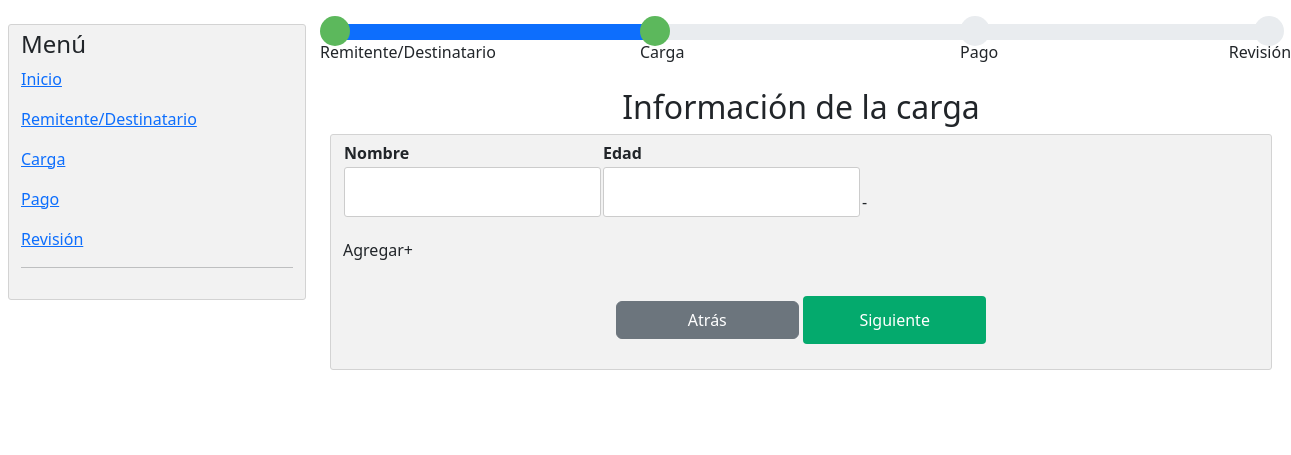
Repository: SennovaFluvial/Trasnfluvial
Page: appFluvial/templates/card1carga.html
An editor plug-in stored every save of this project. The page is shown before and after the next save, followed by the edit.
The browser window is 1280 px wide. The page is 1291 px wide, so the pictures cover 1291 px, including what lies to the right of the window. The pictures show the whole page.
The template is drawn by Django 3.2. The application's start-up code is not run. Other server files are loaded and not shown. The template is opened directly, without the code that normally fills it, so the values that code supplies are empty.

Above is the page before, as saved 2023-10-19 23:17:41.

### appFluvial/templates/card1carga.html
<!DOCTYPE html>
<html>
<head>
<meta name="viewport" content="width=device-width, initial-scale=1">
<!--link rel="stylesheet" href="https://cdnjs.cloudflare.com/ajax/libs/font-awesome/4.7.0/css/font-awesome.min.css"-->
<style>
body {
  font-family: Arial;
  font-size: 17px;
  padding: 8px;
}

* {
  box-sizing: border-box;
}

.row {
  display: -ms-flexbox; /* IE10 */
  display: flex;
  -ms-flex-wrap: wrap; /* IE10 */
  flex-wrap: wrap;
  margin: 0 -16px;
}

.col-25 {
  -ms-flex: 25%; /* IE10 */
  flex: 25%;
}

.col-50 {
  -ms-flex: 50%; /* IE10 */
  flex: 50%;
}

.col-75 {
  -ms-flex: 75%; /* IE10 */
  flex: 75%;
}

.col-25,
.col-50,
.col-75 {
  padding: 0 16px;
}

.container {
  background-color: #f2f2f2;
  padding: 5px 20px 15px 20px;
  border: 1px solid lightgrey;
  border-radius: 3px;
}

input[type=text], select {
  width: 100%;
  margin-bottom: 20px;
  padding: 12px;
  border: 1px solid #ccc;
  border-radius: 3px;
}

input[type=submit] {
  background-color: #04AA6D;
  color: white;
  padding: 12px 20px;
  border: none;
  border-radius: 4px;
  cursor: pointer;
}

input[type=submit]:hover {
  background-color: #45a049;
}

label {
  margin-bottom: 10px;
  display: block;
}

.icon-container {
  margin-bottom: 20px;
  padding: 7px 0;
  font-size: 24px;
}

.btn {
  background-color: #04AA6D;
  color: white;
  padding: 12px;
  margin: 10px 0;
  border: none;
  width: 20%;
  border-radius: 3px;
  cursor: pointer;
  font-size: 17px;
}

.btn:hover {
  background-color: #45a049;
}

a {
  color: #2196F3;
}

hr {
  border: 1px solid lightgrey;
}

span.price {
  float: right;
  color: grey;
}


@media (max-width: 800px) {
  .row {
    flex-direction: column-reverse;
  }
  .col-25 {
    margin-bottom: 20px;
  }
}

</style>
<style>
  .one, .two, .three, .four{
    position:absolute;
    margin-top: -8px;
    z-index:1;
    height:30px;
    width:30px;
    border-radius:20px;
}
.one{
	left:25%;
}
.two{
	left:50%;
}
.three{
	left:75%;
}
.four{
	left:98%;
}
.primary-color{
	background-color:#4989bd;
}
.success-color{
	background-color:#5cb85c;
}
.info-color{
	background-color:#5bc0de;
}
.no-color{
	background-color:inherit;
}

</style>
<script>
  function addRow() {
      var table = document.getElementById("myTable");
      var row = table.insertRow(-1);
      var cell1 = row.insertCell(0);
      var cell2 = row.insertCell(1);
      var cell3 = row.insertCell(2);
      cell1.innerHTML = "<input type='text' name='name'>";
      cell2.innerHTML = "<input type='text' name='age'>";
      cell3.innerHTML = "<button type='button' onclick='deleteRow(this)'>Eliminar</button>";
  }

  function deleteRow(btn) {
      var row = btn.parentNode.parentNode;
      row.parentNode.removeChild(row);
  }
</script>

<link rel="stylesheet" href="https://cdn.jsdelivr.net/npm/bootstrap@5.2.3/dist/css/bootstrap.min.css" integrity="sha384-rbsA2VBKQhggwzxH7pPCaAqO46MgnOM80zW1RWuH61DGLwZJEdK2Kadq2F9CUG65" crossorigin="anonymous">
<script src="https://cdn.jsdelivr.net/npm/bootstrap@5.2.3/dist/js/bootstrap.min.js" integrity="sha384-cuYeSxntonz0PPNlHhBs68uyIAVpIIOZZ5JqeqvYYIcEL727kskC66kF92t6Xl2V" crossorigin="anonymous"></script>

</head>
<body>

<p></p>
<div class="row">

  <div class="col-25">

    <div class="container">
      <h4>Menú <span class="price" style="color:black"><i class="fa fa-shopping-cart"></i> <b></b></span></h4>
      <p><a href="../../">Inicio</a> <span class="price"> </span></p>
      <p><a href="../../card/1/remitente">Remitente/Destinatario</a> <span class="price">  </span></p>
      <p><a href="../../card/1/carga">Carga</a> <span class="price"> </span></p>
      <p><a href="../../card/1/pago">Pago</a> <span class="price"> </span></p>
      <p><a href="../../card/1/revision">Revisión</a> <span class="price"> </span></p>
      <hr>
    </div>
  </div>


  <div class="col-75">
    <!--  ****************************************BEGIN************************************************ -->
    <div class="container_">
      <div class="row"><br />
        <div class="col-md-12">
        <div class="progress">
            <div class="one success-color"></div>
            <div class="two success-color"></div>
            <div class="three no-color"></div>
            <div class="four no-color"></div>
            <div class="progress-bar progress-bar-success" style="width: 34%"></div>
        </div>
        <br>
        <label for="one" style="position: absolute; top: 30px; left: 25%; z-index: 1; margin-top: 10px;">Remitente/Destinatario</label>
        <label for="two" style="position: absolute; top: 30px; left: 50%; z-index: 1; margin-top: 10px;">Carga</label>
        <label for="three" style="position: absolute; top: 30px; left: 75%; z-index: 1; margin-top: 10px;">Pago</label>
        <label for="four" style="position: absolute; top: 30px; left: 96%; z-index: 1; margin-top: 10px;">Revisión</label>

      </div>
      </div>
    </div>
    <br>
    <!-- -*****************************************END**********************************************-->
    <div class="text-center">
    <h2>Información de la carga</h2>
    </div>
    <div class="container">
      <form method="post">
        {% csrf_token %}
        <div class="row">
          <div class="col-50">
            <table id="myTable">
              <tr>
                <th>Nombre</th>
                <th>Edad</th>
              </tr>
              <tr>
                <td><input type="text" name="name"></td>
                <td><input type="text" name="age"></td>
                <td><a type="btn btn-secondary" onclick="deleteRow(this)">-</a></td>
              </tr>
            </table>

            <a type="btn btn-success" onclick="addRow()">Agregar+</a>
          </div>
        </div>
        <br>
        <div class="text-center">
        <a href="javascript:history.back()" class="btn btn-secondary">Atrás</a>
        <input type="submit" value="Siguiente" class="btn">
        </div>
      </form>
    </div>
  </div>
</div>

</body>
</html>

After the next save:
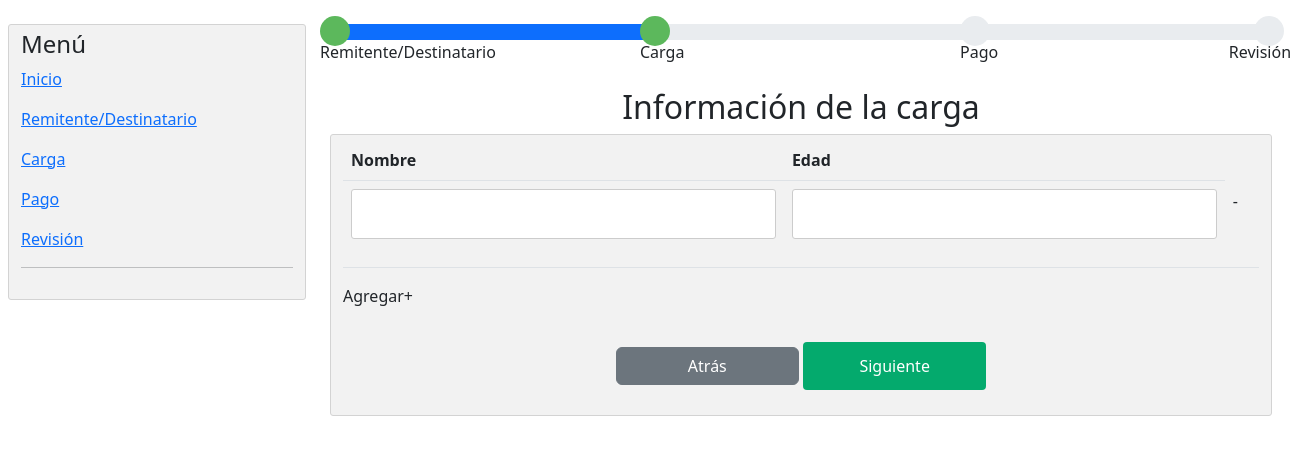
Saved 79 s later.
--- a/appFluvial/templates/card1carga.html
+++ b/appFluvial/templates/card1carga.html
@@ -229,7 +229,7 @@ span.price {
         {% csrf_token %}
         <div class="row">
           <div class="col-50">
-            <table id="myTable">
+            <table class="table">
               <tr>
                 <th>Nombre</th>
                 <th>Edad</th>
